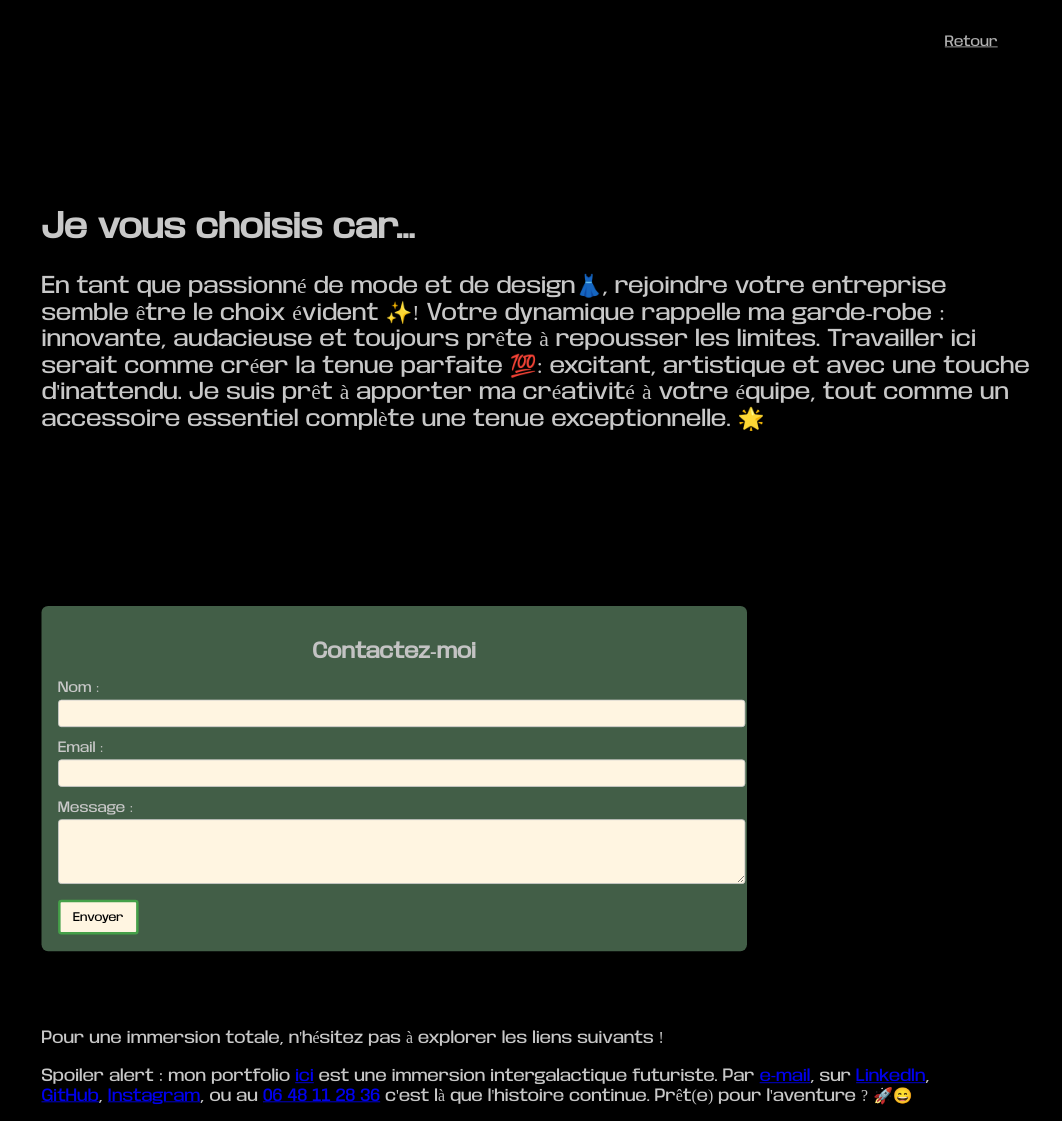
Repository: inessben/application
Page: about/about.html
The author's editor kept a copy of each file at every save. The page is drawn from the files as they stood at one save, then again after the next save.
The browser window is 1280 px wide. The pictures show the whole page, at 83% of full size.

Above is the page before, as saved 2023-12-04 03:35:25.

After the next save:
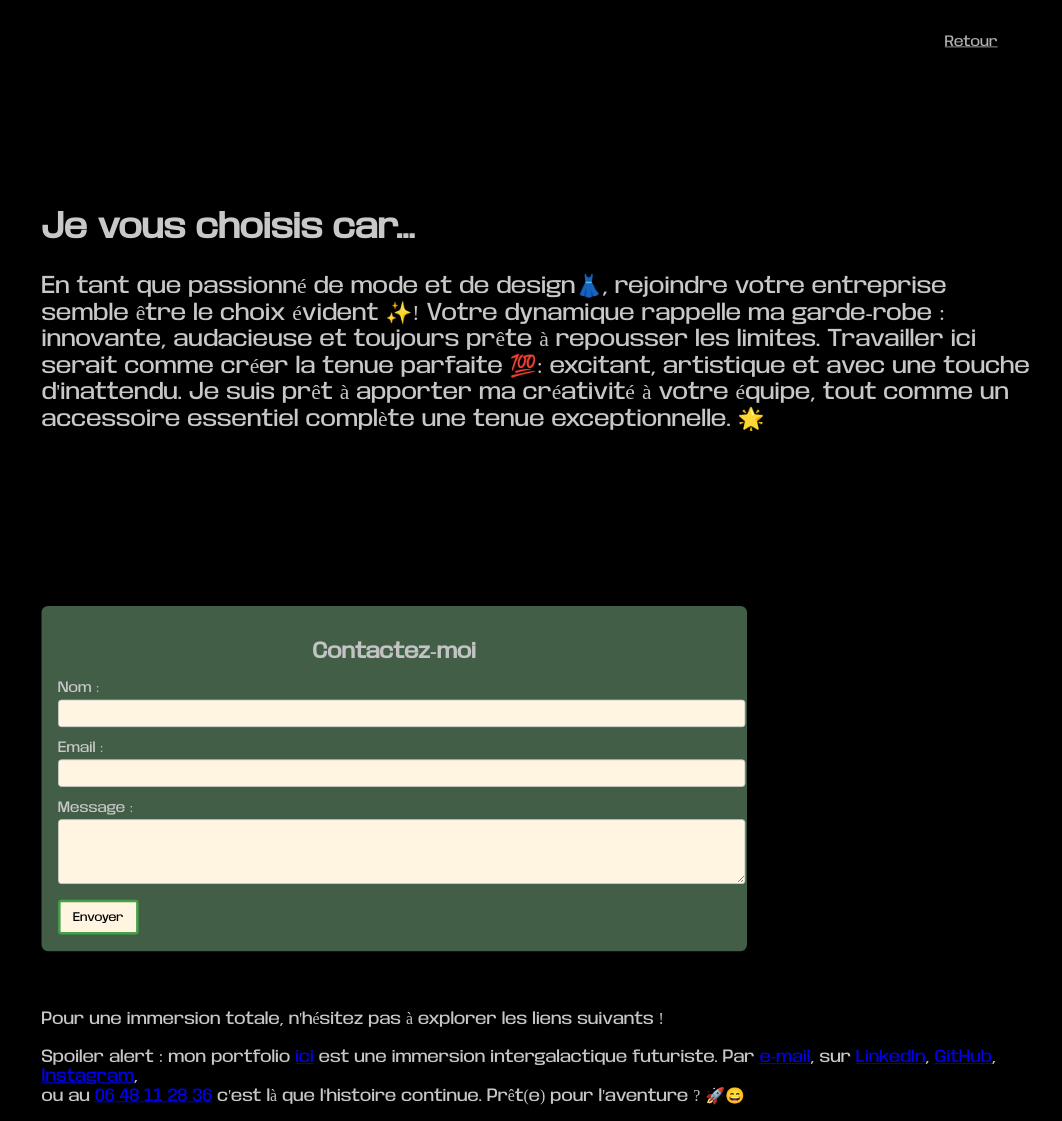
Saved 26 s later.
--- a/about/about.html
+++ b/about/about.html
@@ -57,7 +57,7 @@
 
     <footer>
         <p>Pour une immersion totale, n'hésitez pas à explorer les liens suivants !
-            <br><br>Spoiler alert : mon portfolio <a href="https://iness-portfolio.vercel.app/" target="_blank">ici</a> est une immersion intergalactique futuriste. Par <a href="mailto:ine.benss@gmail.com" target="_blank">e-mail</a>, sur <a href="https://www.linkedin.com/in/iness-benaissa/" target="_blank">LinkedIn</a>,<br> <a href="https://github.com/inessben" target="_blank">GitHub</a>, <a href="https://instagram.com/nsscake" target="_blank">Instagram</a>, ou au <a href="tel:+33648112836"> 06 48 11 28 36</a> c'est là que l'histoire continue. Prêt(e) pour l'aventure ? 🚀😄</p>
+            <br><br>Spoiler alert : mon portfolio <a href="https://iness-portfolio.vercel.app/" target="_blank">ici</a> est une immersion intergalactique futuriste. Par <a href="mailto:ine.benss@gmail.com" target="_blank">e-mail</a>, sur <a href="https://www.linkedin.com/in/iness-benaissa/" target="_blank">LinkedIn</a>, <a href="https://github.com/inessben" target="_blank">GitHub</a>, <a href="https://instagram.com/nsscake" target="_blank">Instagram</a>, <br> ou au <a href="tel:+33648112836"> 06 48 11 28 36</a> c'est là que l'histoire continue. Prêt(e) pour l'aventure ? 🚀😄</p>
     </footer>
 
 </body>
